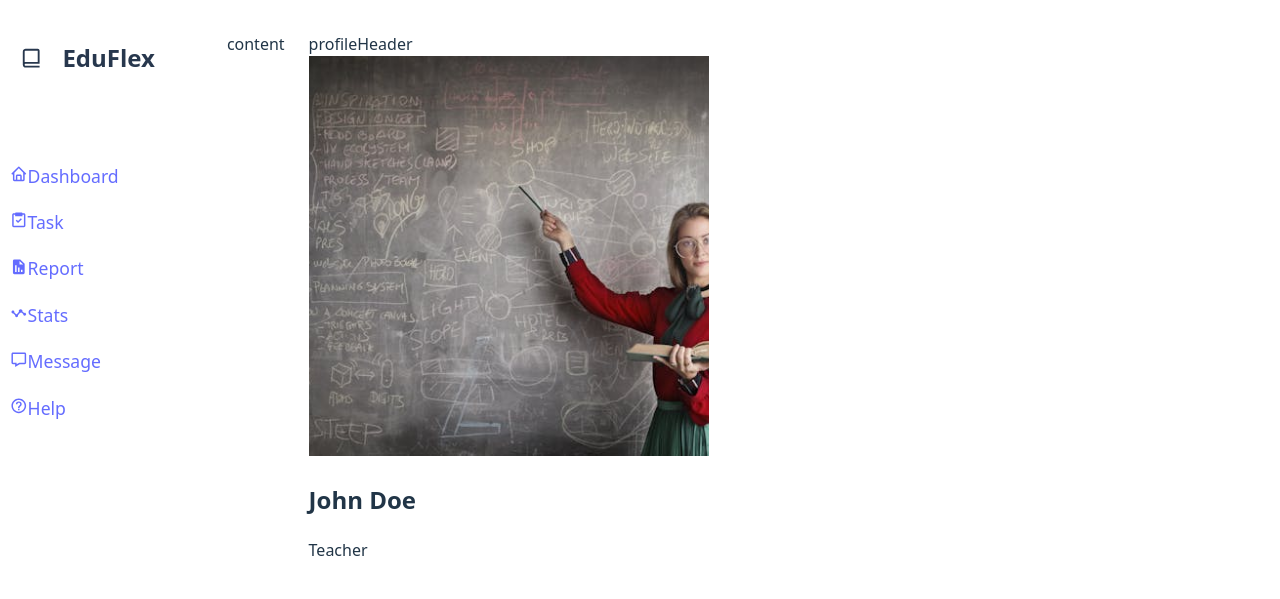
Repository: gogg23/react-dash
Page: /
The author's editor kept a copy of each file at every save. The page is drawn from the files as they stood at one save, then again after the next save.
The browser window is 1280 px wide. The pictures show the whole page.
The project was rebuilt for these pictures with package versions that can differ from the ones it lists, and the page was loaded fresh each time. Also part of the build but not shown: vite.config.js.

Above is the page before, as saved 2025-04-05 16:14:02.

After the next save:
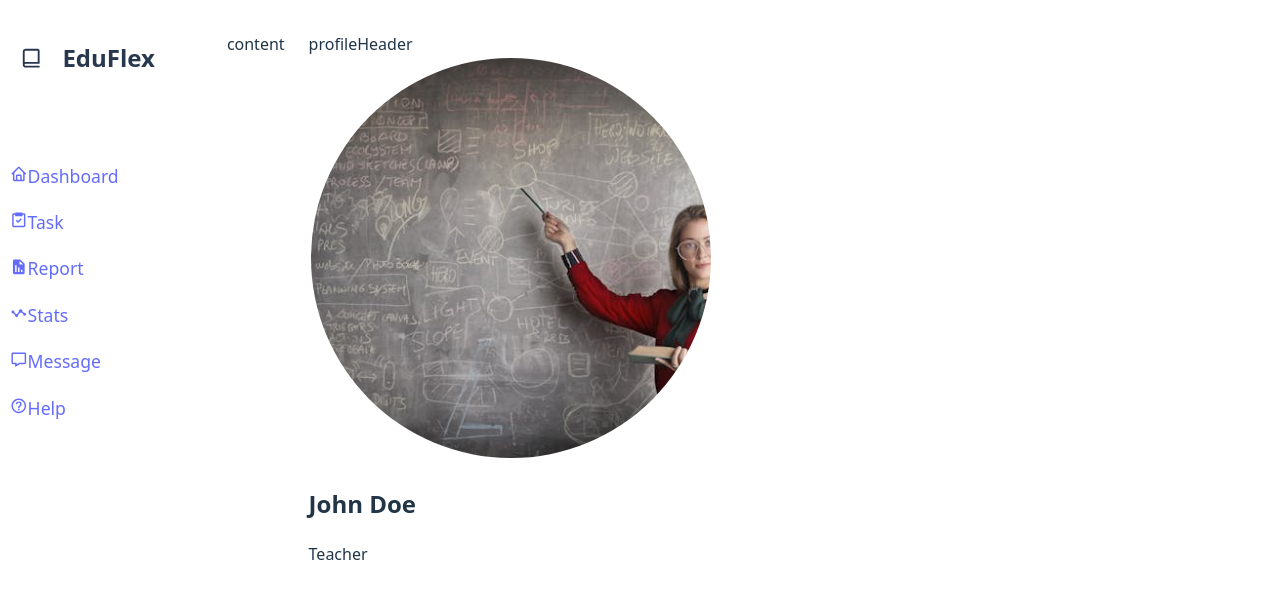
Saved 32 s later.
--- a/src/components/Profile.jsx
+++ b/src/components/Profile.jsx
@@ -15,6 +15,8 @@ const Profile = () => {
           style={{
             width: '400px',
             height: '400px',
+            borderRadius: '50%',
+            border: '2px solid #fff',
             objectFit: 'cover',
           }}
         />
